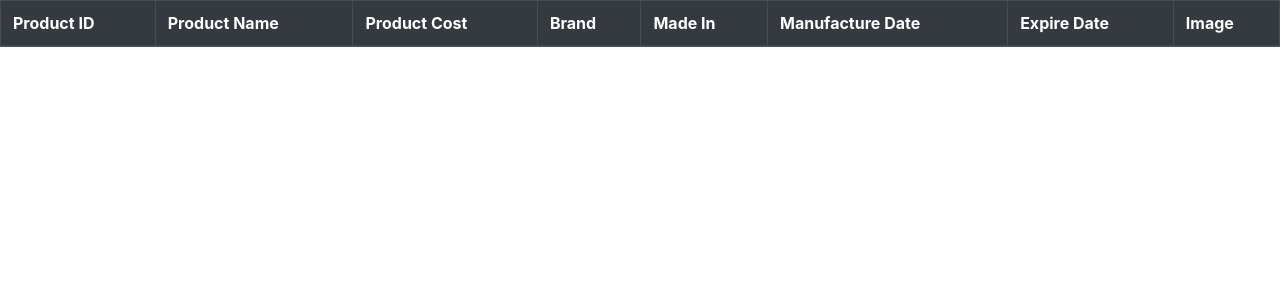
Repository: kamisettiprasanna/AdvJavaPrograms
Page: http://localhost/ProductManagementApp/productList.jsp
These files come from the project's save history. The page is drawn as it stood at one moment and after the next save; the edit follows.
The browser window is 1280 px wide. The pictures show the whole page.
The page is served by Tomcat 9. Other server files are loaded and not shown. Queries for data that is not in the repository find no rows.

Above is the page before, as saved 2024-03-06 06:36:35.

### ProductManagementApp/src/main/webapp/productList.jsp
<%@page import="com.sathya.servlet.*" import="java.util.Base64"%>
<%@ page language="java" contentType="text/html"%>
<%@taglib uri="http://java.sun.com/jsp/jstl/core" prefix="c" %>


<html>
<head>

<title>Product List</title>
<!-- BootStract CDN link to Get the Support of BootStrap-->

<link rel="stylesheet" href="https://stackpath.bootstrapcdn.com/bootstrap/4.5.2/css/bootstrap.min.css">

</head>
<body>
<table class="table table-bordered table-striped">

<thead class="thead-dark">
	<tr>

		<th>Product ID</th>
		<th>Product Name</th>
		<th>Product Cost</th>
		<th>Brand</th>
		<th>Made In</th>
		<th>Manufacture Date</th>
		<th>Expire Date</th>
		<th>Image</th>

	</tr>
</thead>

<tbody>
	<c:forEach var="product" items="<%=new ProductDao().findAll()%>">

		<tr>
			<td>${product.proId}</td>
			<td>${product.proName}</td>
			<td>${product.proPrice}</td>
			<td>${product.proBrand}</td>
			<td>${product.promadeIn}</td>
			<td>${product.promDate}</td>
			<td>${product.promeDate}</td>
			<td><img src="data:[embedded picture, 78 characters]" alt="ProductImage" style="max-width: 100px; max-height:100px;"></td>
       </tr>


	</c:forEach>
</tbody>


</table>

</body>
</html>

### ProductManagementApp/src/main/java/com/sathya/servlet/ProductDao.java
package com.sathya.servlet;

	import java.sql.Connection;
	import java.sql.PreparedStatement;
import java.sql.ResultSet;
import java.sql.SQLException;
import java.sql.Statement;
import java.util.ArrayList;
import java.util.List;

	public class ProductDao {
		public int save(Product_data product) throws SQLException
		{
			Connection connection=null;
			PreparedStatement preparedStatement=null;
			int saveResult=0;
			try
			{
				connection=DBconnection.createConnection();
				preparedStatement=connection.prepareStatement("INSERT INTO Product_data VALUES(?,?,?,?,?,?,?,?)");

				preparedStatement.setInt(1, product.getProId());
				preparedStatement.setString(2, product.getProName());
				preparedStatement.setDouble(3, product.getProPrice());
				preparedStatement.setString(4, product.getProBrand());
				preparedStatement.setString(5, product.getPromadeIn());
				preparedStatement.setDate(6, product.getPromDate());
				preparedStatement.setDate(7, product.getPromeDate());
				preparedStatement.setBytes(8, product.getProImage());
				saveResult = preparedStatement.executeUpdate();
		    }
			catch(SQLException e)
			{
				e.printStackTrace();
			}
			finally
			{
				if(preparedStatement!=null)
	                  preparedStatement.close();
				if(connection!=null)
	                 connection.close();
			}
			return saveResult;
	  	}



		public List<Product_data> findAll() {


				List<Product_data> products=new ArrayList<Product_data>();
				try(Connection connection=DBconnection.createConnection();
						Statement statement=connection.createStatement()){
					//execute the query
					ResultSet resultset=statement.executeQuery("select * from Product_data");

					while(resultset.next())
					{
						Product_data product=new Product_data();

						product.setProId(resultset.getInt("proId"));
						product.setProName(resultset.getString("proName"));
						product.setProPrice(resultset.getDouble("proPrice"));
						product.setProBrand(resultset.getString("proBrand"));
						product.setPromadeIn(resultset.getString("promadeIn"));
						product.setPromDate(resultset.getDate("promDate"));
						product.setPromeDate(resultset.getDate("promeDate"));
						product.setProImage(resultset.getBytes("proImage"));

				        products.add(product);

				}

			}
				catch(SQLException e) {
					e.printStackTrace();
				}
			return products;
	 }
	}

### ProductManagementApp/src/main/java/com/sathya/servlet/DBconnection.java
package com.sathya.servlet;

import java.sql.Connection;
import java.sql.DriverManager;
import java.sql.SQLException;

public class DBconnection {

	public static Connection createConnection() {
		// TODO Auto-generated method stub
		Connection connection1=null;
		try {
			Class.forName("oracle.jdbc.driver.OracleDriver");
			connection1=DriverManager.getConnection("jdbc:oracle:thin:@localhost:1521:xe","prasanna","prasanna");
		}
		catch(ClassNotFoundException | SQLException e) {
			e.printStackTrace();
		}
		return connection1;

	}

}

After the next save:
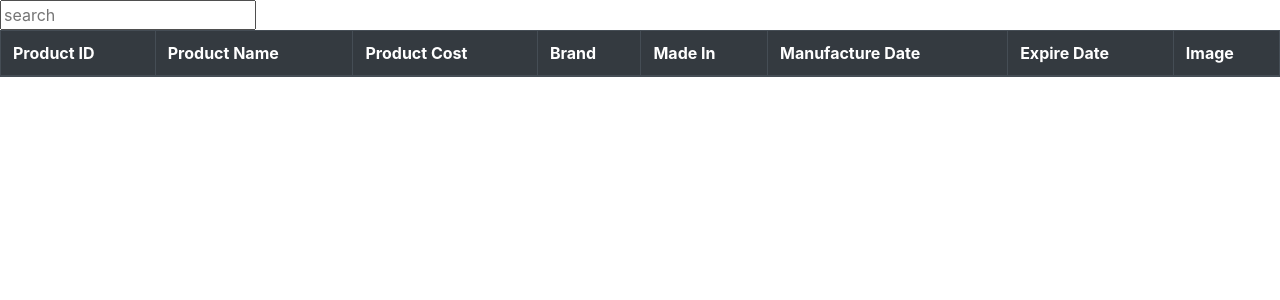
Saved 2 min 1 s later.
--- a/ProductManagementApp/src/main/webapp/productList.jsp
+++ b/ProductManagementApp/src/main/webapp/productList.jsp
@@ -13,6 +13,9 @@
 
 </head>
 <body>
+<div>
+<input type="text" placeholder="search">
+</div>
 <table class="table table-bordered table-striped">
 
 <thead class="thead-dark">
